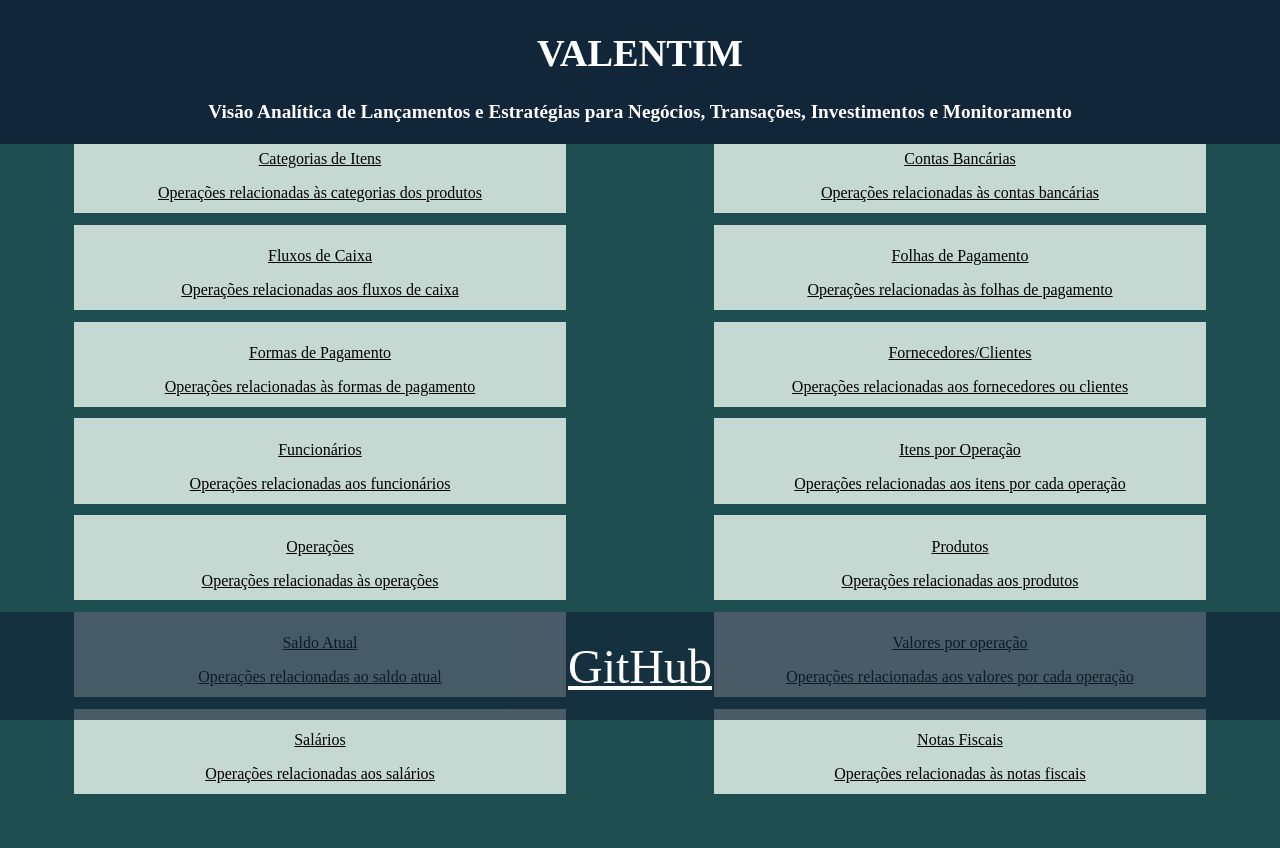
Repository: Matheus-Lacerda009/ERP-Financeiro
Page: Front/menu/menu.html
The author's editor kept a copy of each file at every save. The page is drawn from the files as they stood at one save, then again after the next save.
The browser window is 1280 px wide. The pictures show the whole page.

Above is the page before, as saved 2026-07-13 19:17:14.

After the next save:
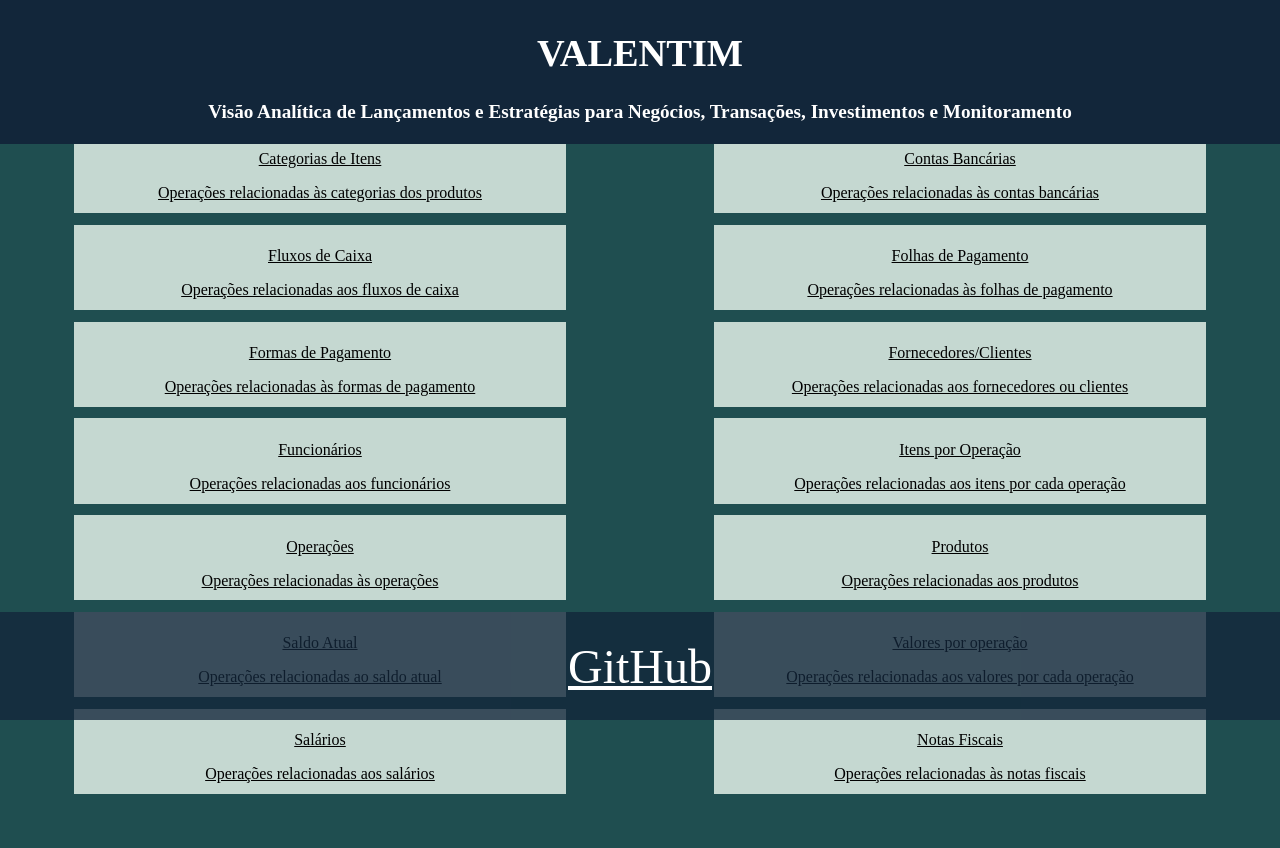
Saved 4 s later.
--- a/Front/menu/menu.css
+++ b/Front/menu/menu.css
@@ -16,7 +16,7 @@ footer{
     left: 0;
     width: 100%;
     height: 15%;
-    background-color: #12263ab2;
+    background-color: #12263ac7;
     text-align: center;
     align-content: center;
 }
